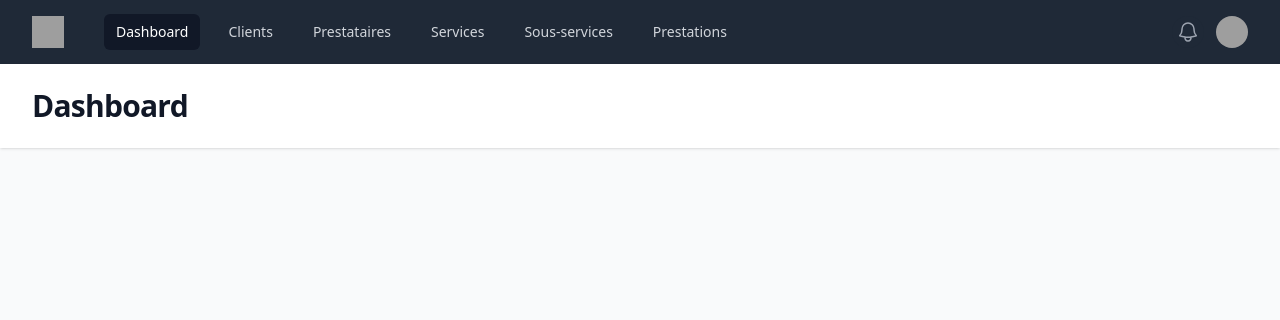
Repository: Dydja/dashAlladjai
Page: /about
An editor plug-in stored every save of this project. The page is shown before and after the next save, followed by the edit.
The browser window is 1280 px wide. The pictures show the whole page.
Pictures or frames that could not be fetched are drawn as grey boxes. The project was rebuilt for these pictures with package versions that can differ from the ones it lists, and the page was loaded fresh each time. Also part of the build but not shown: vite.config.js, src/components/layouts/GuestLayout.vue, src/views/auth/LoginView.vue, src/views/HomeView.vue, src/components/users/UserComponent.vue, src/components/services/ServiceComponent.vue, src/components/reservations/ReservationComponent.vue.

Above is the page before, as saved 2024-01-29 00:08:21.

After the next save:
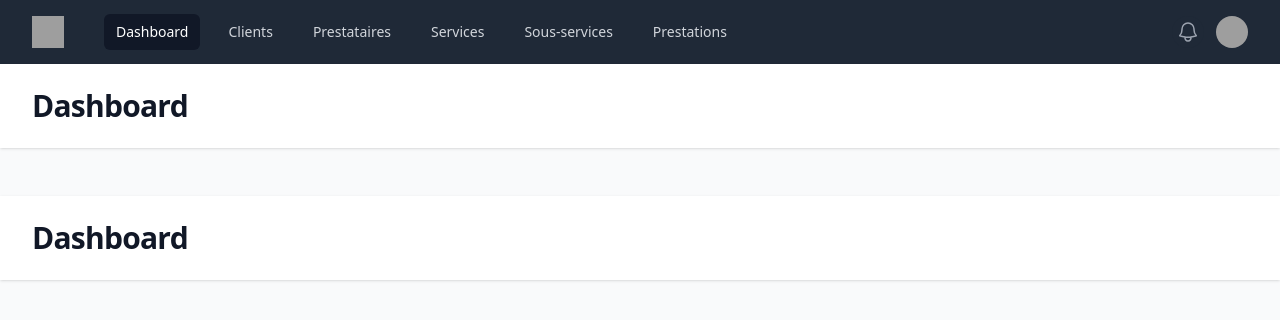
Saved 111 s later.
--- a/src/components/layouts/SideBar.vue
+++ b/src/components/layouts/SideBar.vue
@@ -97,6 +97,18 @@
             </div>
         </DisclosurePanel>
     </Disclosure>
+
+    <header class="bg-white shadow">
+        <div class="mx-auto max-w-7xl px-4 py-6 sm:px-6 lg:px-8">
+            <h1 class="text-3xl font-bold tracking-tight text-gray-900">Dashboard</h1>
+        </div>
+    </header>
+    <main>
+        <div class="mx-auto max-w-7xl py-6 sm:px-6 lg:px-8">
+            <!-- Your content -->
+
+        </div>
+    </main>
 </template>
 
 <script setup>

After the 2 saves that followed:
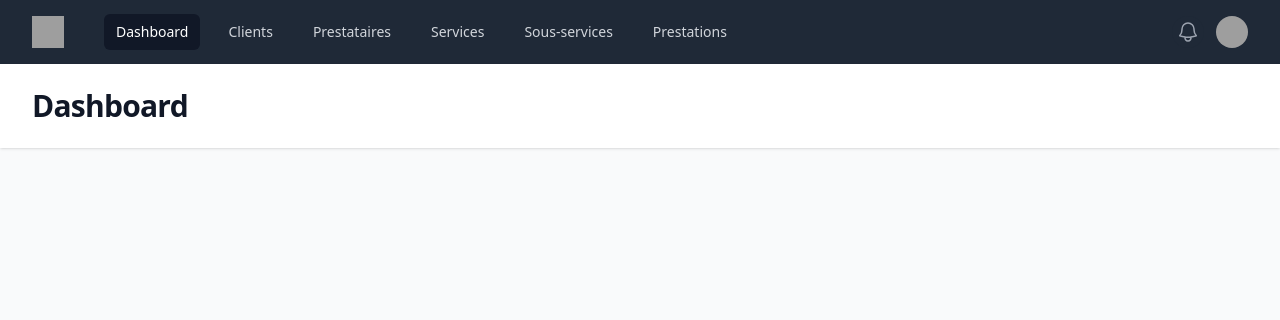
The 2 saves are shown as one change because 1 left the picture as it was.
The last was saved 22 s later.
--- a/src/views/AboutView.vue
+++ b/src/views/AboutView.vue
@@ -10,17 +10,7 @@
   <div class="min-h-full">
     <Sidebar />
 
-    <header class="bg-white shadow">
-      <div class="mx-auto max-w-7xl px-4 py-6 sm:px-6 lg:px-8">
-        <h1 class="text-3xl font-bold tracking-tight text-gray-900">Dashboard</h1>
-      </div>
-    </header>
-    <main>
-      <div class="mx-auto max-w-7xl py-6 sm:px-6 lg:px-8">
-        <!-- Your content -->
 
-      </div>
-    </main>
   </div>
 </template>
 
--- a/src/components/layouts/SideBar.vue
+++ b/src/components/layouts/SideBar.vue
@@ -106,7 +106,7 @@
     <main>
         <div class="mx-auto max-w-7xl py-6 sm:px-6 lg:px-8">
             <!-- Your content -->
-
+            <slot></slot>
         </div>
     </main>
 </template>
